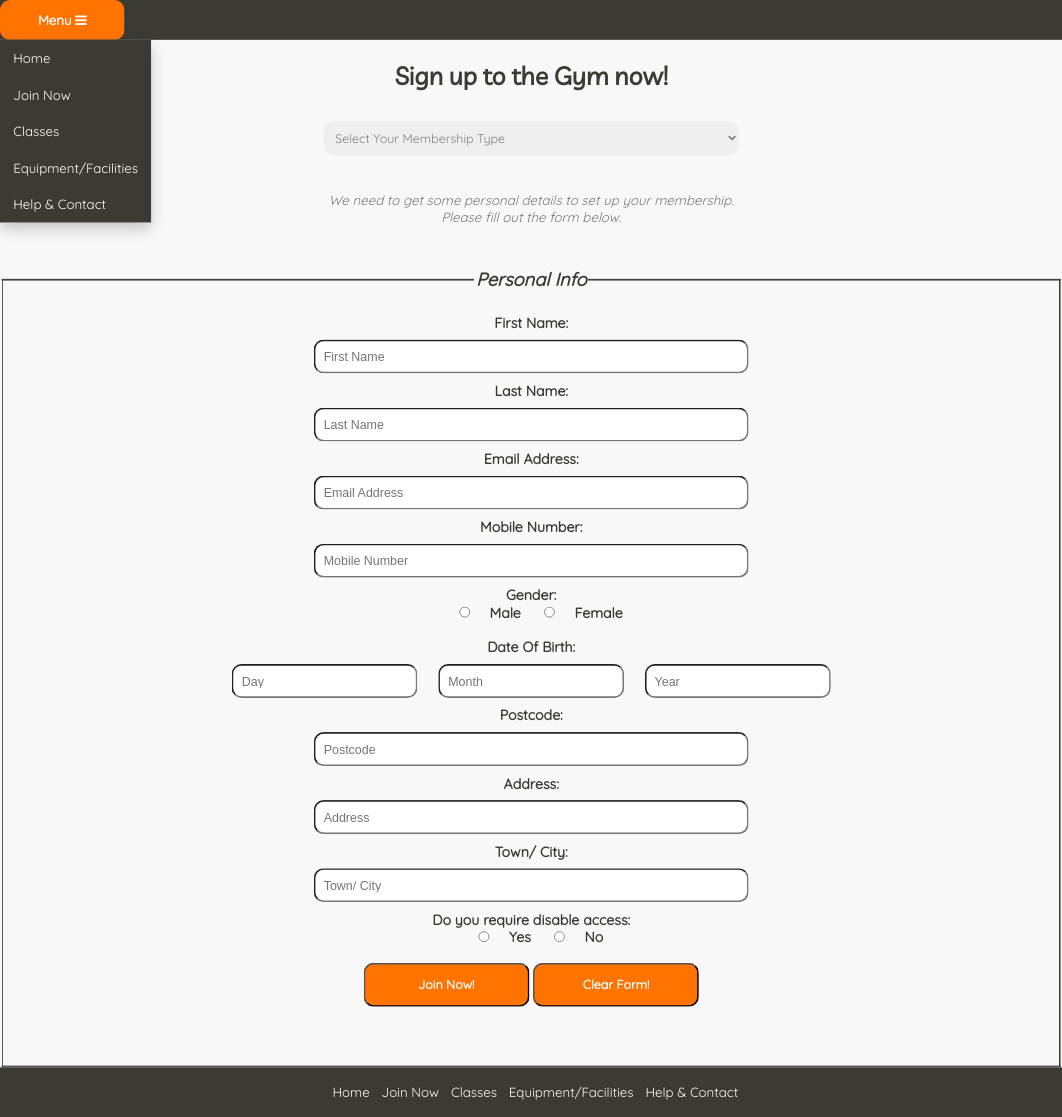
Repository: RicardoAzuul/the_fitness_hub
Page: join_now.html
The author's editor kept a record of every edit. The page is drawn from the files as they stood at one moment, then again after the next edit.
The browser window is 1280 px wide. The pictures show the whole page, at 83% of full size.

Above is the page before.

After the next edit:
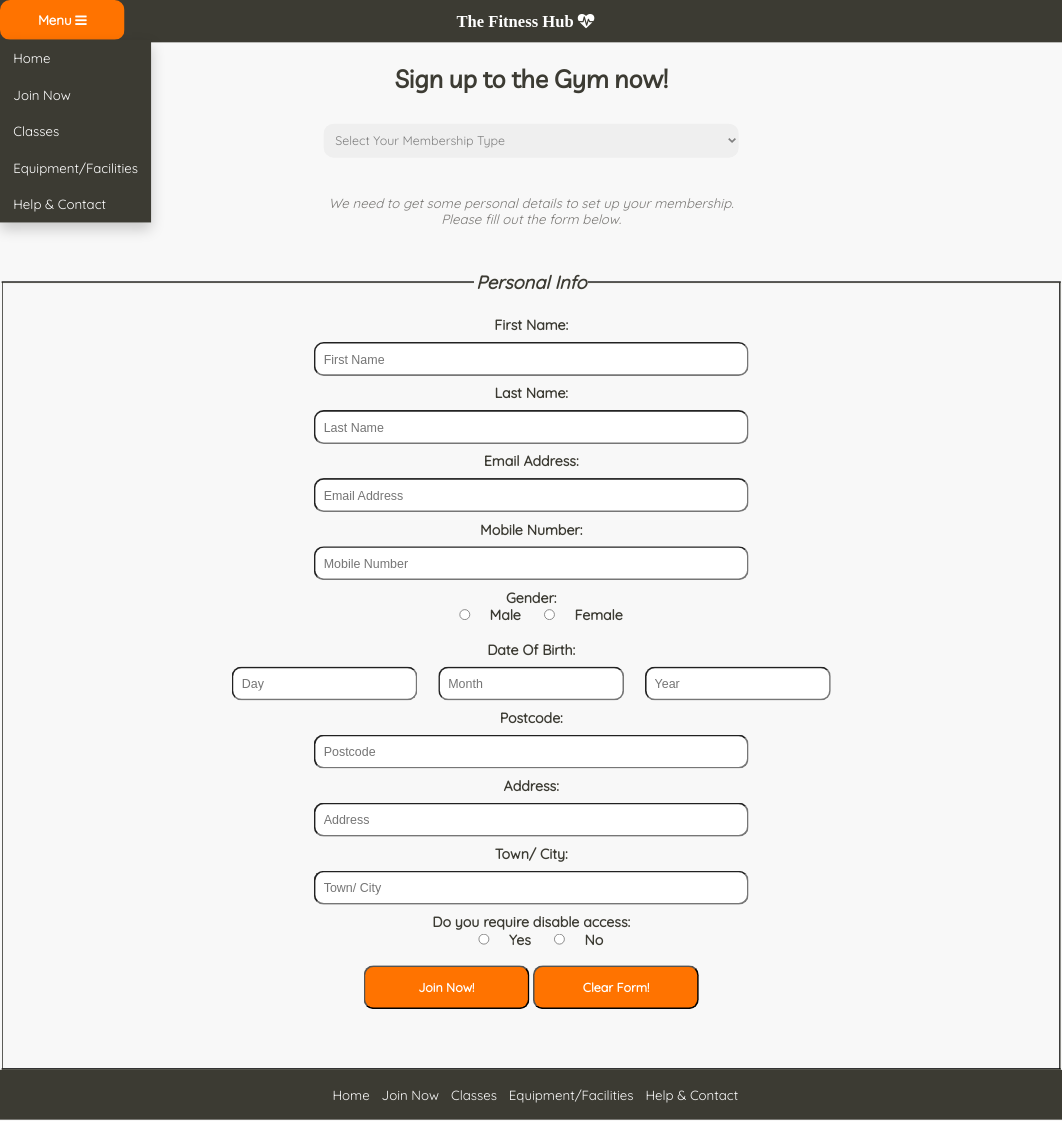
The edit:
--- a/join_now.html
+++ b/join_now.html
@@ -25,6 +25,9 @@
            <a href="help_and_contact.html">Help & Contact</a>
            </div>
            </div>
+           <a href="index.html" class="logo"><b style="font-size: 20px;color: white;">The Fitness Hub
+           <i class="fa fa-heartbeat"></i></b>
+           </a>
            </div>
         </header>
         <h2 class="sign_up">Sign up to the Gym now!</h2>
